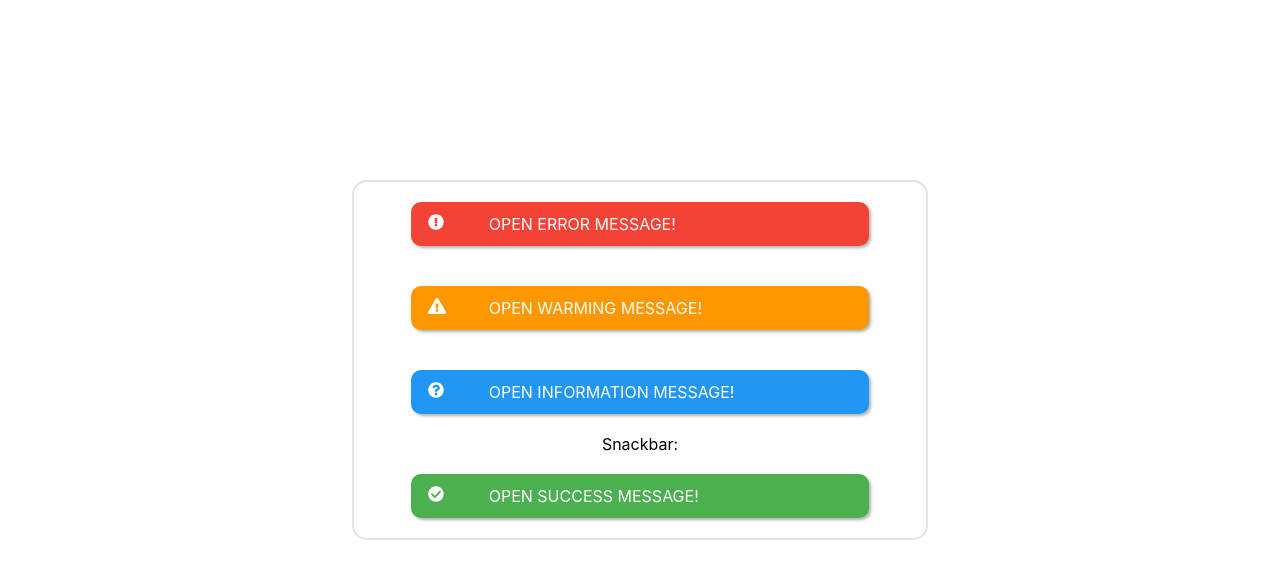
Repository: KrzysKolo/sr_tydzien5_zad2
Page: /, after clicking the first element matching `div.wrapper--btn > :nth-child(3)`
The author's editor kept a copy of each file at every save. The page is drawn from the files as they stood at one save, then again after the next save.
The browser window is 1280 px wide. The pictures show the whole page.
The project was rebuilt for these pictures with package versions that can differ from the ones it lists, and the page was loaded fresh each time.

Above is the page before, as saved 2020-12-28 03:10:39.

After the next save:
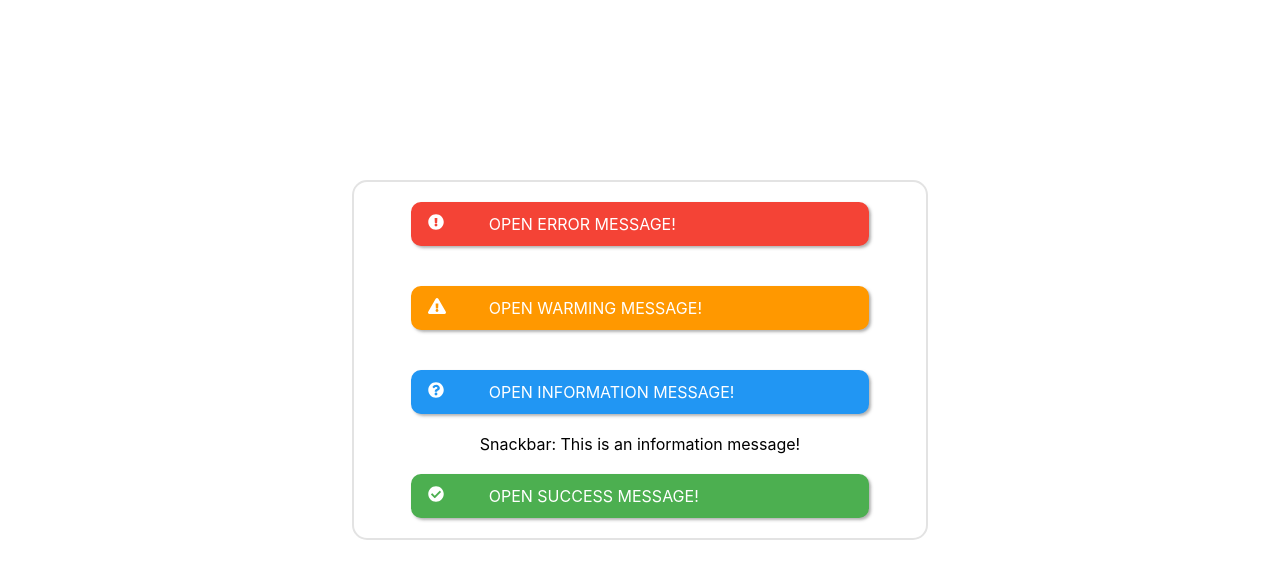
Saved 89 s later.
--- a/src/components/Snackbar.js
+++ b/src/components/Snackbar.js
@@ -1,9 +1,9 @@
 import React from 'react';
 
-const Snackbar = ({info}) => {
+const Snackbar = ({type}) => {
     return (
         <div>
-           Snackbar: {info}
+           Snackbar: {type}
         </div>
     )
 }
